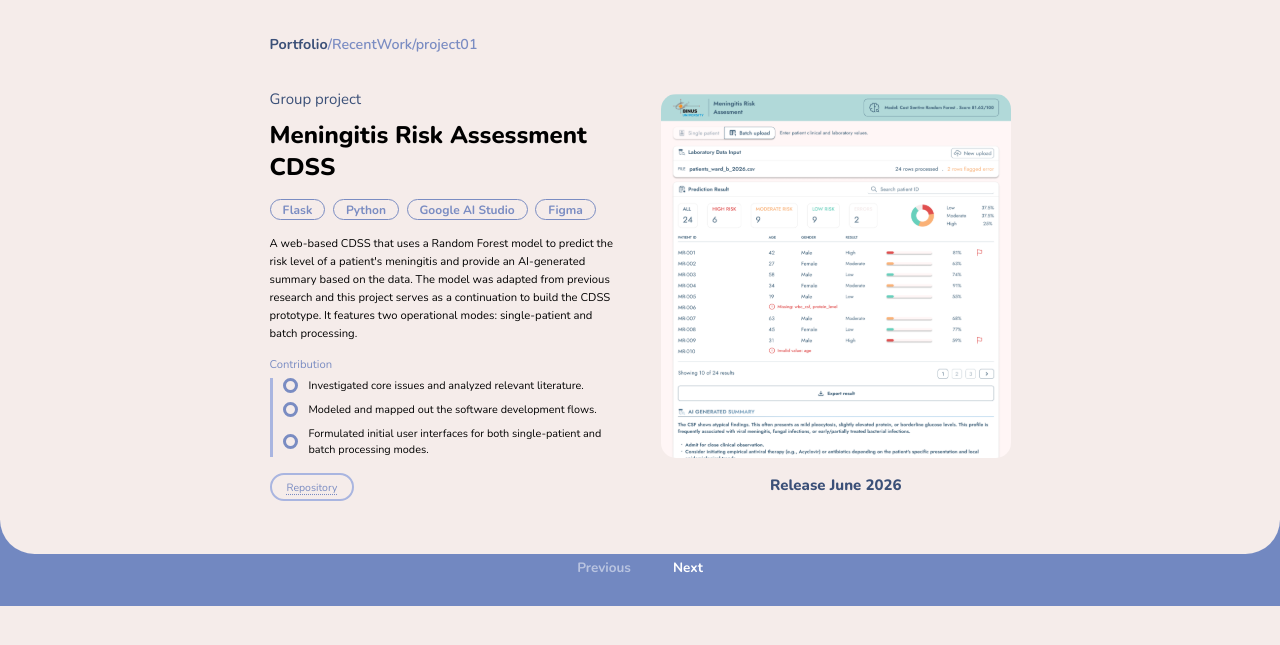
Repository: L-vy/L-vy
Page: /recentworks/project01
The author's editor kept a copy of each file at every save. The page is drawn from the files as they stood at one save, then again after the next save.
The browser window is 1280 px wide. The pictures show the whole page.
Some web fonts or font styles are not loaded; a fallback is used. The project was rebuilt for these pictures with package versions that can differ from the ones it lists, and the page was loaded fresh each time. Also part of the build but not shown: vite.config.ts, src/components/Icon.tsx, src/data/site.ts, src/components/useGoTo.ts, src/components/Navbar.tsx, src/components/Hero.tsx, src/components/Reveal.tsx, src/components/Skills.tsx and 9 more.

Above is the page before, as saved 2026-10-07 19:57:21.

### index.html
<!doctype html>
<html lang="en">
  <head>
    <meta charset="UTF-8" />
    <meta name="viewport" content="width=device-width, initial-scale=1.0" />
    <meta name="description" content="Portfolio of Latasha Ivy Khoe, Computer Science student specializing in Cloud Technology, UI/UX design and full-stack development." />
    <meta name="theme-color" content="#7288c1" />
    <link rel="icon" href="/images/ivy-logo.svg" />
    <link rel="preconnect" href="https://fonts.googleapis.com" />
    <link rel="preconnect" href="https://fonts.gstatic.com" crossorigin />
    <link href="https://fonts.googleapis.com/css2?family=Nunito:ital,wght@0,400;0,600;0,700;0,800;1,400&family=Playwrite+US+Modern:wght@100..400&display=swap" rel="stylesheet" />
    <title>Latasha Ivy Khoe | Portfolio</title>
  </head>
  <body>
    <div id="root"></div>
    <script type="module" src="/src/main.tsx"></script>
  </body>
</html>

### src/main.tsx
import { StrictMode } from 'react'
import { createRoot } from 'react-dom/client'
import App from './App'
import './styles.css'
createRoot(document.getElementById('root')!).render(<StrictMode><App /></StrictMode>)

### src/App.tsx
import { BrowserRouter, Route, Routes } from 'react-router-dom'
import Home from './pages/Home'
import ProjectDetails from './pages/ProjectDetails'
import CursorCircle from './components/CursorCircle'
export default function App() {
  return (
    <BrowserRouter>
      <CursorCircle />
      <Routes>
        <Route path="/" element={<Home />} />
        <Route path="/recentworks/:id" element={<ProjectDetails />} />
        <Route path="*" element={<Home />} />
      </Routes>
    </BrowserRouter>
  )
}

### src/styles.css
/* Sizes are authored at design scale (16px = 1rem) and rendered at 75% via html{font-size:75%}. */
:root{--blue:#7288c1;--cream:#f5ecea;--ink:#3b5078;--peri:#7a8cc2;--light:#a9b5e0;--bar:#9fadd1;--pill:#d3d6e6;--panel:#d1d4e3;--ph:#d9d9d9;--txt:#000;--gut:max(3.5rem,calc((100% - 68.75rem)/2 + 3.5rem));color-scheme:light}
html{font-size:75%}
*{box-sizing:border-box}
body{margin:0;background:var(--cream);color:var(--txt);font-family:'Nunito',system-ui,sans-serif;line-height:1.4}
h1,h2,h3,p,ul{margin:0}
ul{padding:0;list-style:none}
a{color:inherit}
button{font-family:inherit;cursor:pointer}
img{max-width:100%}
:focus-visible{outline:3px solid var(--ink);outline-offset:3px}
.fx{font-family:'Playwrite US Modern','Nunito',cursive;font-weight:400}
.nav{position:relative;height:4.5rem;background:var(--blue)}
.nav::after{content:'';position:absolute;left:0;right:0;top:100%;height:2.875rem;background:var(--blue)}
.nav-tabs{max-width:68.75rem;margin:0 auto;height:100%;display:flex;align-items:flex-end;padding-left:28%}
.nav-tab{width:8.25rem;height:4rem;border:0;background:none;color:#e9ecf7;display:grid;place-items:center;padding:0;transition:opacity .25s}
.nav-tab:hover{opacity:.8}
.nav-tab.active{background:var(--cream);border-radius:1.5rem 1.5rem 0 0;color:var(--light);opacity:1}
.nav-tab img{height:2.125rem}
.page{position:relative;z-index:1;background:var(--cream);border-radius:2.875rem 2.875rem 0 0;padding:0 var(--gut)}
.section{padding-top:5.625rem}
.hero{position:relative;padding-top:2.875rem}
.hero-top{display:flex;justify-content:space-between;align-items:center}
.path{font-size:1.1875rem;font-weight:600;color:var(--peri)}
.path b{color:var(--ink);font-weight:700}
.crumb{background:none;border:0;padding:0;font:inherit;color:inherit}
.contact-link{background:none;border:0;font-size:1.1875rem;font-weight:700;color:var(--ink)}
.hero-grid{display:grid;grid-template-columns:16.875rem 1fr;gap:3.125rem;align-items:center;margin-top:3.25rem}
.hero-photo{width:100%;aspect-ratio:1;object-fit:cover;background:var(--ph);border-radius:2.5rem;transition:transform .3s}
.hero-photo:hover{transform:rotate(-1.2deg) scale(1.015)}
.hello{height:3.375rem;width:auto;display:block}
h1{margin-top:0.25rem;font:400 2.5rem/1.35 'Playwrite US Modern','Nunito',cursive}
.lead{max-width:30rem;font-size:1.0625rem;line-height:1.6;margin-top:0.875rem}
.lead.sm{font-size:0.9375rem;max-width:none;margin-top:1.25rem}
.actions{display:flex;align-items:center;gap:2.25rem;margin-top:1.625rem;flex-wrap:wrap}
.btn{display:inline-flex;align-items:center;gap:0.5rem;background:var(--ink);color:#fff;border:0;border-radius:62.4375rem;padding:0.75rem 1.375rem;font-size:1.0625rem;font-weight:700;transition:transform .25s}
.btn:hover{transform:translateY(-2px)}
.btn.blue{background:var(--blue);font-size:1.1875rem;padding:0.875rem 1.75rem}
.link-dotted{text-decoration:underline dotted;text-underline-offset:0.25rem;font-weight:700}
.link-dotted.grey{color:#777;font-size:1.0625rem}
.butterfly{display:block;margin:4rem auto 0;width:6rem}
.intro{max-width:47.5rem;margin:4.375rem auto 0;text-align:center}
.intro-text{font-size:1rem;line-height:1.7}
.pills{display:flex;flex-wrap:wrap;gap:0.625rem;justify-content:center;margin-top:1.375rem}
.pills.left{justify-content:flex-start}
.pill{border-radius:24rem;padding:0.1rem 1rem;font-weight:700;font-size:0.9375rem;background:var(--pill);color:var(--peri)}
.pill.solid-outline{background:none;border:1.5px solid var(--peri);font-size:1rem}
.reveal{opacity:0;transform:translateY(0.875rem);transition:opacity .6s,transform .6s}
.reveal.in{opacity:1;transform:none}
.fill{height:100%}
.cards{display:grid;grid-template-columns:repeat(4,1fr);gap:1.625rem;margin-top:2.125rem}
.card{display:flex;flex-direction:column;min-width:0}
.card-img{display:block;aspect-ratio:400/420;border-radius:2.25rem;overflow:hidden;background:var(--ph);transition:transform .3s}
.card-img img{width:100%;height:100%;object-fit:cover;display:block}
.card:hover .card-img{transform:rotate(-1.2deg) scale(1.015)}
.card-title{display:flex;justify-content:space-between;align-items:flex-start;gap:0.5rem;margin-top:1rem;color:var(--ink)}
.card-title .icon{flex:none}
.clamp{font-size:1.125rem;font-weight:800;line-height:1.3;color:var(--txt);display:-webkit-box;-webkit-line-clamp:2;-webkit-box-orient:vertical;overflow:hidden}
.card-sum{font-size:0.875rem;line-height:1.5;margin-top:0.375rem}
.card-links{margin-top:0.625rem}
.card-links .link-dotted{color:var(--peri);font-size:0.875rem}
.tabbar{position:relative;background:var(--bar);border-radius:62.4375rem;padding:0.375rem 0.5rem;display:flex;justify-content:center;gap:0.75rem;margin-top:2.125rem;box-shadow:0 0.5rem 0.875rem -0.375rem rgba(60,70,110,.35)}
.tabwrap{position:relative;width:min(9.375rem,22%)}
.tab{width:100%;border:0;border-radius:62.4375rem;padding:0.5rem 0;font-size:1rem;font-weight:700;background:var(--pill);color:#8f9dcf;transition:background .25s,color .25s}
.tab.on{background:#fff;color:var(--ink)}
.pointer{position:absolute;left:50%;bottom:-1.25rem;margin-left:-0.5625rem;border:0.5625rem solid transparent;border-top:0;border-bottom:0.8125rem solid var(--ink)}
.panel{margin-top:2.75rem;background:var(--panel);border-radius:1.375rem;height:30.625rem;box-shadow:0 0.375rem 1rem -0.5rem rgba(60,70,110,.3);transition:background .3s,box-shadow .3s}
.panel.bound{background:transparent;box-shadow:none}
.banner{height:100%;display:flex;flex-direction:column;gap:2.125rem;padding:1.875rem 2.125rem 2.5rem}
.banner-img{flex:1;min-height:0;width:100%;object-fit:cover;background:var(--ph);border-radius:2.25rem;transition:transform .3s}
.banner:hover .banner-img{transform:rotate(-1.2deg) scale(1.015)}
.tx{padding-left:0.4375rem}
.tx h2{font-size:1.625rem;line-height:1.4}
.tx h3{margin-top:2px;font-size:1.1875rem;font-weight:700}
.tx p{margin-top:0.375rem;font-style:italic;font-size:0.9375rem}
.folders{height:100%;display:grid;grid-template-columns:1fr 1fr;gap:1.5rem;padding:1.75rem 2rem}
.folder{--rim:#3b5078;--body:#f3f3f9;background:var(--rim);border-radius:1.875rem;padding:1.5px;display:flex;flex-direction:column;overflow:hidden}
.media{height:11.875rem;margin-bottom:-2.5rem;flex:none;position:relative;overflow:hidden;border-radius:1.78125rem 1.78125rem 0 0;background:var(--ph)}
.media>*{display:block;width:100%;height:100%;object-fit:cover;background:var(--ph);transform:scale(1.06);transition:transform .3s}
.folder:hover .media>*{transform:rotate(-1.2deg) scale(1.1)}
.rest{flex:1;position:relative;z-index:1;background:var(--body);border-radius:0 1.78125rem 1.78125rem 1.78125rem;padding:0 1.375rem 1.125rem;display:flex;flex-direction:column}
.rest .tab{position:absolute;left:0;top:-2.25rem;width:80%;height:2.3125rem;padding:0;border-radius:1.25rem 1.25rem 0 0;background:var(--body)}
.rest .tab::after{content:'';position:absolute;right:-1.25rem;bottom:0;width:1.25rem;height:1.25rem;background:radial-gradient(circle at 100% 0,transparent 1.21875rem,var(--body) 1.25rem)}
.head{position:relative;margin-top:-1.375rem}
.head::before{content:'';float:right;width:24%;height:1rem}
.head b{display:-webkit-box;-webkit-line-clamp:3;-webkit-box-orient:vertical;overflow:hidden;font-size:1.0625rem;font-weight:800;line-height:1.25}
.head span{display:block;font-size:0.9375rem;color:#6f748f;margin-top:2px}
.folder p{margin-top:0.75rem;font-size:0.84375rem;font-style:italic;line-height:1.5;display:-webkit-box;-webkit-line-clamp:4;-webkit-box-orient:vertical;overflow:hidden}
.foot{margin-top:auto;padding-top:0.625rem;display:flex;justify-content:space-between;align-items:center;min-height:2.75rem}
.foot strong{font-size:1.5625rem;line-height:1.3}
.go{display:grid;place-items:center;width:2.5rem;height:2.5rem;border-radius:50%;background:var(--ink);color:#fff;transition:transform .25s}
.go:hover{transform:translate(2px,-2px)}
.exp{position:relative;height:100%}
.plate{position:absolute;left:0;top:0;bottom:0;width:8.125rem;background:#c9cde0;border-radius:1.625rem 0 0 1.625rem;box-shadow:0 0.625rem 1.125rem -0.625rem rgba(60,70,110,.4)}
.rail{position:absolute;left:0;top:4.4375rem;width:3.75rem;height:0;z-index:2}
.rail button{position:absolute;left:0.8125rem;top:calc(var(--i)*4.5rem);width:2.9375rem;height:5.25rem;z-index:calc(var(--i) + 1);border:0;background:var(--c);color:#fff;border-radius:1.125rem 0 0 1.125rem;display:grid;place-items:center;padding:0;transition:left .25s,width .25s}
.rail button:hover,.rail button[aria-selected=true]{left:0.4375rem;width:3.3125rem}
.rail button[aria-selected=true]{z-index:10}
.fcard{--acc:#9fadd1;position:absolute;left:3.75rem;right:0;top:0;bottom:0;background:var(--cream);border:2.5px solid var(--acc);border-radius:1.625rem;box-shadow:0 0.625rem 1.25rem -0.625rem rgba(60,70,110,.4);padding:1.375rem 1.75rem 1.375rem 1.875rem;overflow:hidden;transition:border-color .35s}
.pg{position:relative;height:100%;display:grid;grid-template-columns:1fr 1fr;grid-template-rows:auto 1fr;column-gap:3.5rem;animation:in .4s ease both}
@keyframes in{from{opacity:0;transform:translateY(0.5rem)}to{opacity:1;transform:none}}
.lab{grid-column:1/-1;font-size:0.8125rem}
.col{display:flex;flex-direction:column;min-width:0}
.col.end{align-self:end;padding-bottom:0.625rem}
.t{font-size:1.6875rem;font-weight:800;color:var(--ttl);line-height:1.2;margin-top:1.75rem}
.col.end .t{margin-top:0}
.sub{font-size:1.25rem;color:var(--ttl);margin-top:0.375rem}
.d{font-size:0.875rem;line-height:1.55;margin-top:1rem;font-style:italic}
.h{font-size:0.8125rem;margin:1.375rem 0 0.375rem}
.col ul{padding-left:1.25rem;font-size:0.84375rem;line-height:1.55;list-style:disc}
.stack,.zig{position:relative;margin-top:auto}
.stack{height:8rem}
.zig{margin-top:0.875rem}
.sp{position:absolute;display:block;width:62%;height:7.375rem;object-fit:cover;background:var(--ph);border:1px solid var(--txt);border-radius:1.625rem;transform:rotate(var(--r));transition:transform .3s}
.sp:hover{z-index:9;transform:rotate(calc(var(--r)*-1)) translateY(-0.3125rem) scale(1.03)}
.stack .sp:nth-child(1){--r:-2deg;left:0;top:0.375rem}
.stack .sp:nth-child(2){--r:1.5deg;left:20%;top:0.75rem}
.stack .sp:nth-child(3){--r:-1deg;left:38%;top:0}
.zig .sp{width:70%;height:7.5625rem}
.zig .sp:nth-child(1){--r:1deg;left:0;top:0}
.zig .sp:nth-child(2){--r:-1deg;left:44%;top:7rem}
.zig .sp:nth-child(3){--r:1deg;left:-1%;top:14.125rem}
.p1{left:47%;top:0.5rem;width:29%;height:8.4375rem;--r:1deg}
.p2{left:66%;top:4.875rem;width:27%;height:auto;aspect-ratio:210/297;--r:-1deg}
.contact{text-align:center;padding:5.75rem 0 6.25rem}
.contact h2{font-size:2.25rem;font-weight:400}
.contact b{font-weight:800}
.contact .btn{margin-top:1.375rem}
.footer{background:var(--blue);color:#eef0fa;padding:3.25rem var(--gut) 2.5rem;display:flex;justify-content:space-between;align-items:flex-end;gap:1.875rem;flex-wrap:wrap;min-height:14.375rem}
.footer ul{display:flex;gap:2.75rem;align-self:flex-start}
.ci{display:block;color:#dfe4f6;transition:transform .25s}
.ci:hover,.ci.pulse{transform:translateY(-0.25rem) scale(1.12)}
.footer-by{text-align:right;line-height:2;font-size:1rem}
.detail{border-radius:0 0 2.875rem 2.875rem;padding-top:2.875rem;padding-bottom:4.375rem}
.detail-grid{display:grid;grid-template-columns:1fr 1fr;gap:3.5rem;align-items:center;margin-top:2.875rem}
.detail-title{margin:0;font:800 2rem/1.3 'Nunito',sans-serif}
.detail .pills{margin-top:1.375rem}
.meta{margin-bottom:0.875rem;font-size:1.25rem;font-weight:400;color:var(--ink)}
.contrib{margin:1.125rem 0 0.5rem;font:400 0.9375rem 'Playwrite US Modern','Nunito',cursive;color:var(--peri)}
.contrib-list{border-left:3px solid var(--light);padding-left:0.875rem;display:grid;gap:0.75rem;font-size:0.90625rem}
.contrib-list li{display:flex;gap:0.875rem;align-items:center}
.contrib-list li::before{content:'';width:0.75rem;height:0.75rem;flex:none;border-radius:50%;border:3px solid var(--peri)}
.detail-links{display:flex;gap:0.75rem;flex-wrap:wrap;margin-top:1.375rem}
.detail-links .pill{background:none;border:2px solid var(--light);color:var(--peri);padding:0.375rem 1.25rem;font:400 0.875rem 'Playwrite US Modern','Nunito',cursive;text-decoration:underline dotted;text-underline-offset:0.25rem}
.proto{margin:0}
/* .proto img{display:block;width:100%;aspect-ratio:1/1.08;object-fit:cover;background:var(--ph);border:3px solid var(--ink);border-radius:3rem;transition:transform .3s} */
.proto img {  border: 0;  outline: 0;  border-radius: 15px;}
.proto img:hover{transform:rotate(1.2deg) scale(1.015)}
.proto figcaption{text-align:center;font-weight:800;font-size:1.25rem;color:var(--ink);margin-top:1rem}
.pager{background:var(--blue);margin-top:-2.875rem;padding:5.5rem var(--gut) 1.5rem;display:flex;justify-content:center;gap:3.5rem}
.pager-btn{margin-top:-3rem;height:3.25rem;display:grid;place-items:center;color:#fff;font-weight:700;font-size:1.125rem;text-decoration:none;transition:opacity .2s}
.pager-btn.prev{background:var(--cream);color:var(--ink);padding:0 2.125rem;border-radius:0 0 1.5rem 1.5rem}
.pager-btn.off{opacity:.5}
.pager-btn.prev.off{opacity:1;color:var(--light)}
.cursor-circle{position:fixed;left:0;top:0;width:4rem;height:4rem;border-radius:50%;background:rgba(114,136,193,.28);pointer-events:none;z-index:50;transform:translate(-6.25rem,-6.25rem) scale(0);transition:transform .18s}
@media (max-width:960px)
{.cards{grid-template-columns:1fr 1fr}.nav-tabs{padding-left:4%}.nav-tab{width:6rem}}
@media (max-width:760px)
{.page{border-radius:1.875rem 1.875rem 0 0;padding:0 1.25rem}.hero-grid,.detail-grid{grid-template-columns:1fr;gap:1.75rem}.hero-photo{max-width:16.25rem}h1{font-size:1.875rem}.detail-title{font-size:1.5625rem}.cards{grid-template-columns:1fr}.tab{font-size:0.75rem}.tabbar{gap:0.375rem}.pointer{display:none}.panel{height:auto}.banner{padding:1.125rem;gap:1.5rem}.banner-img{flex:none;height:11.875rem}.folders{grid-template-columns:1fr;padding:1.125rem}.folder{min-height:23.75rem}.contact h2{font-size:1.6875rem}.footer ul{gap:1.375rem}.footer-by{text-align:left}.plate{display:none}.fcard{position:static;padding:1.25rem 1.125rem;border-radius:1.375rem}.exp{height:auto}.rail{position:static;height:auto;display:flex;gap:0.375rem;padding-left:0.625rem}.rail button,.rail button:hover,.rail button[aria-selected=true]{position:static;width:3.5rem;height:2.875rem;border-radius:0.875rem 0.875rem 0 0}.pg{display:flex;flex-direction:column;gap:0.875rem;height:auto}.col.end{padding:0}.stack,.zig{height:auto;display:grid;gap:0.625rem;margin-top:0.625rem}.pg .sp{position:static;width:100%;height:6.875rem}.pg .p2{height:auto;width:58%;align-self:center}}
@media (prefers-reduced-motion:reduce){*{transition:none!important;animation:none!important}}

### src/pages/ProjectDetails.tsx
import { useEffect } from 'react'
import { Link, Navigate, useNavigate, useParams } from 'react-router-dom'
import { projects } from '../data/projects'
export default function ProjectDetails() {
  const { id } = useParams(); const nav = useNavigate()
  const i = projects.findIndex(p => p.id === id)
  useEffect(() => { window.scrollTo(0, 0) }, [id])
  if (i < 0) return <Navigate to="/" replace />
  const p = projects[i], prev = projects[i - 1], next = projects[i + 1]
  const isLast = !next
  return (<>
    <main className="page detail">
      <p className="path">
        <button className="crumb" onClick={() => nav('/', { state: { scrollTo: 'recent-works' } })}><b>Portfolio</b>/RecentWork</button>/{p.id}
      </p>
      <div className="detail-grid">
        <div>
          <p className="meta">{p.type}</p>
          <h1 className="detail-title">{p.title}</h1>
          {/* <ul className="pills left">{p.categories.map(c => <li key={c} className="pill solid-outline">{c}</li>)}</ul>
          <p className="meta">{p.tools.join(' · ')} · {p.type}</p> */}
          <ul className="pills left" aria-label="Tools">{p.tools.map(t => <li key={t} className="pill solid-outline">{t}</li>)}</ul>
          <p className="lead sm">{p.description}</p>
          <h2 className="contrib">Contribution</h2>
          <ul className="contrib-list">{p.contributions.map(c => <li key={c}>{c}</li>)}</ul>
          <div className="detail-links">{p.links.map(l => <a key={l.label} className="pill link-dotted" href={l.url} target="_blank" rel="noreferrer">{l.label}</a>)}</div>
        </div>
        <figure className="proto">
          <img src={p.prototypeImage} alt={`${p.title} prototype`} />
          <figcaption>Release {p.releaseDate}</figcaption>
        </figure>
      </div>
    </main>
    <div className="pager">
      {/* {prev ? <Link className="pager-btn prev" to={`/recentworks/${prev.id}`}>Previous</Link> : <span className="pager-btn prev off">Previous</span>}
      {next ? <Link className="pager-btn" to={`/recentworks/${next.id}`}>Next</Link> : <span className="pager-btn off">Next</span>} */}
      {prev ? <Link className={`pager-btn${isLast ? ' hang' : ''}`} to={`/recentworks/${prev.id}`}>Previous</Link> : <span className={`pager-btn off${isLast ? ' hang' : ''}`}>Previous</span>}
      {next ? <Link className={`pager-btn${isLast ? '' : ' hang'}`} to={`/recentworks/${next.id}`}>Next</Link> : <span className={`pager-btn off${isLast ? '' : ' hang'}`}>Next</span>}
    </div>
  </>)
}

### src/components/CursorCircle.tsx
import { useEffect, useRef } from 'react'
// Soft circle that follows the pointer and expands over buttons/links. Hidden on touch devices.
export default function CursorCircle() {
  const ref = useRef<HTMLDivElement>(null)
  useEffect(() => {
    if (!window.matchMedia('(hover: hover) and (pointer: fine)').matches) return
    const el = ref.current!
    const move = (e: MouseEvent) => {
      const over = (e.target as Element | null)?.closest('a,button,[data-cursor]')
      el.style.transform = `translate(${e.clientX}px,${e.clientY}px) translate(-50%,-50%) scale(${over ? 1 : 0})`
    }
    const leave = () => { el.style.transform = 'translate(-100px,-100px) scale(0)' }
    window.addEventListener('mousemove', move); document.addEventListener('mouseleave', leave)
    return () => { window.removeEventListener('mousemove', move); document.removeEventListener('mouseleave', leave) }
  }, [])
  return <div ref={ref} className="cursor-circle" aria-hidden="true" />
}

Loaded but not shown: src/data/projects.ts (42 lines, source omitted)

After the next save:
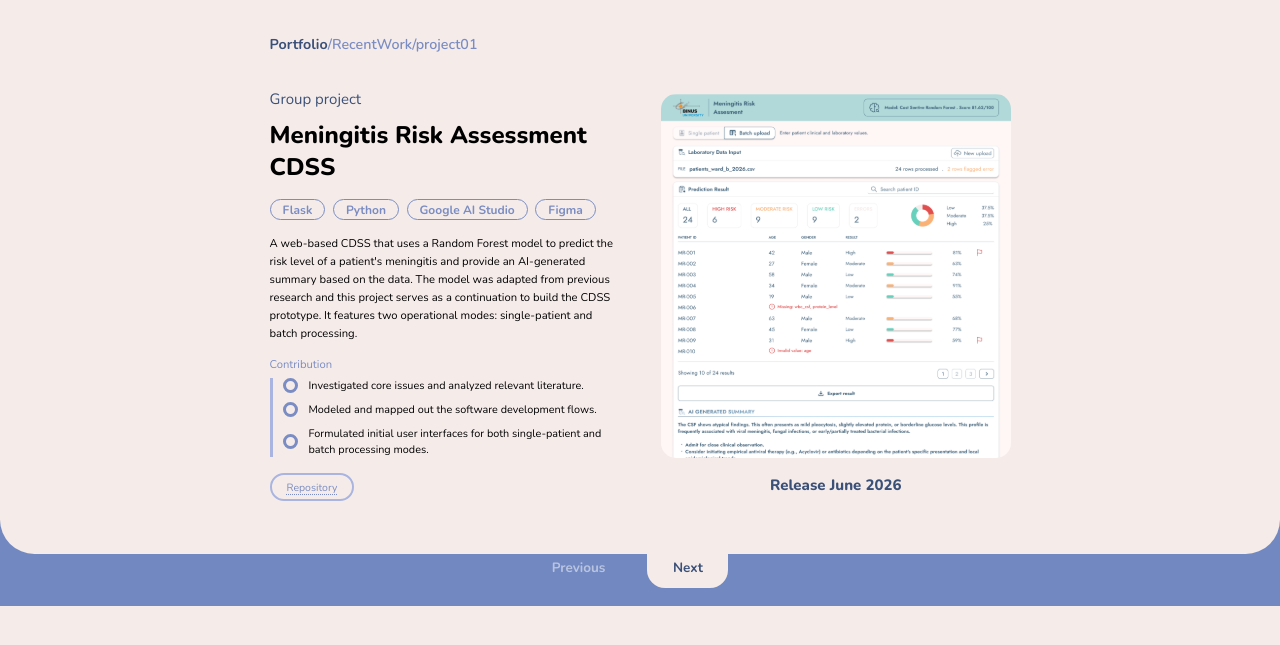
Saved 47 s later.
--- a/src/styles.css
+++ b/src/styles.css
@@ -149,9 +149,12 @@ h1{margin-top:0.25rem;font:400 2.5rem/1.35 'Playwrite US Modern','Nunito',cursiv
 .proto figcaption{text-align:center;font-weight:800;font-size:1.25rem;color:var(--ink);margin-top:1rem}
 .pager{background:var(--blue);margin-top:-2.875rem;padding:5.5rem var(--gut) 1.5rem;display:flex;justify-content:center;gap:3.5rem}
 .pager-btn{margin-top:-3rem;height:3.25rem;display:grid;place-items:center;color:#fff;font-weight:700;font-size:1.125rem;text-decoration:none;transition:opacity .2s}
-.pager-btn.prev{background:var(--cream);color:var(--ink);padding:0 2.125rem;border-radius:0 0 1.5rem 1.5rem}
+/* .pager-btn.prev{background:var(--cream);color:var(--ink);padding:0 2.125rem;border-radius:0 0 1.5rem 1.5rem}
 .pager-btn.off{opacity:.5}
-.pager-btn.prev.off{opacity:1;color:var(--light)}
+.pager-btn.prev.off{opacity:1;color:var(--light)} */
+.pager-btn.hang{background:var(--cream);color:var(--ink);padding:0 2.125rem;border-radius:0 0 1.5rem 1.5rem}
+.pager-btn.off{opacity:.5}
+.pager-btn.hang.off{opacity:1;color:var(--light)}
 .cursor-circle{position:fixed;left:0;top:0;width:4rem;height:4rem;border-radius:50%;background:rgba(114,136,193,.28);pointer-events:none;z-index:50;transform:translate(-6.25rem,-6.25rem) scale(0);transition:transform .18s}
 @media (max-width:960px)
 {.cards{grid-template-columns:1fr 1fr}.nav-tabs{padding-left:4%}.nav-tab{width:6rem}}
